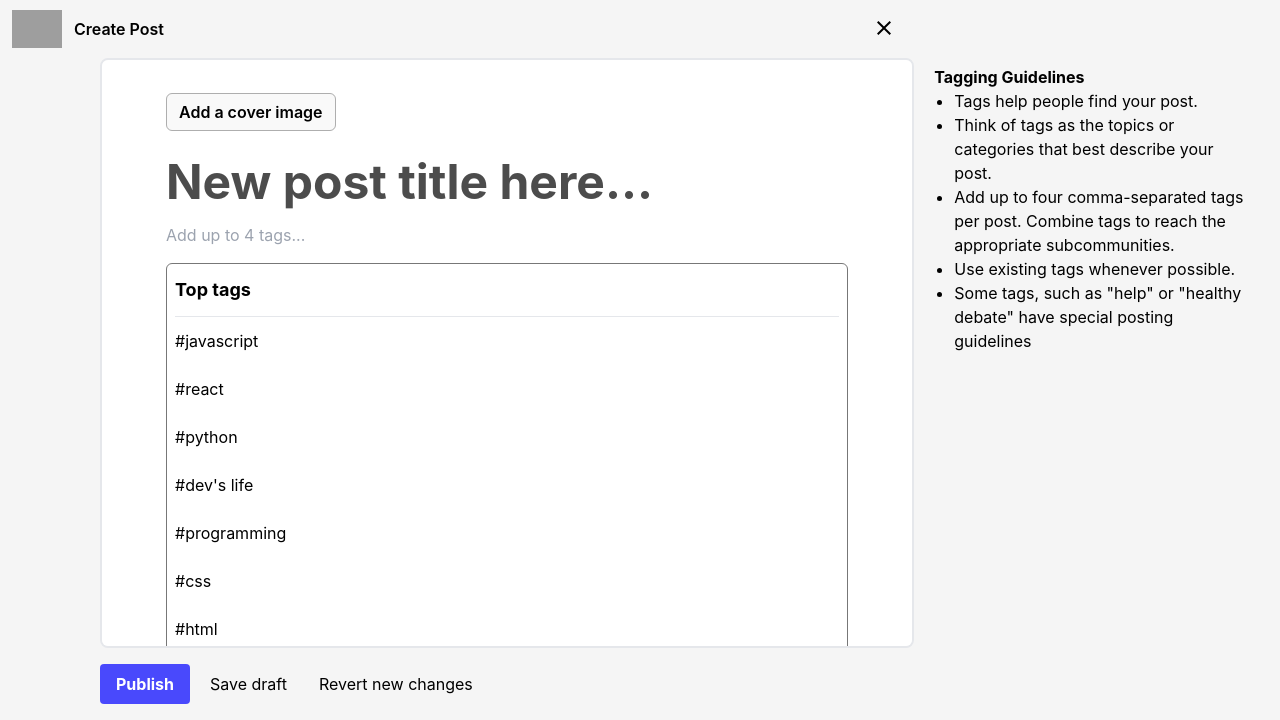
Repository: dat-nguyen-2001/Dev.to
Page: /new (app in client/)
An editor plug-in stored every save of this project. The page is shown before and after the next save, followed by the edit.
The browser window is 1280 px wide. The pictures show the whole page.
Pictures or frames that could not be fetched are drawn as grey boxes. An inner scrolling area shows only its first screen. The project was rebuilt for these pictures with package versions that can differ from the ones it lists, and the page was loaded fresh each time. Also part of the build but not shown: client/src/components/Footer.tsx, client/src/components/nav/GuestNav.tsx, client/src/components/nav/NavBar.tsx, client/src/components/Layout.tsx, client/src/pages/about.tsx, client/src/components/SignInForm.tsx, client/src/components/SignInPlatform.tsx, client/src/pages/enter.tsx and 1 more.

Above is the page before, as saved 2022-09-25 12:07:41.

### client/public/index.html
<!DOCTYPE html>
<html lang="en">
  <head>
    <meta charset="utf-8" />
    <link rel="icon" href="%PUBLIC_URL%/dev.to-icon.png" />
    <meta name="viewport" content="width=device-width, initial-scale=1" />
    <meta name="theme-color" content="#000000" />
    <meta
      name="description"
      content="Web site created using create-react-app"
    />
  </head>
  <body>
    <noscript>You need to enable JavaScript to run this app.</noscript>
    <div id="root"></div>
  </body>
</html>

### client/src/index.tsx
import React from 'react';
import ReactDOM from 'react-dom/client';
import './index.css';
import App from './App';
import reportWebVitals from './reportWebVitals';

const root = ReactDOM.createRoot(
  document.getElementById('root') as HTMLElement
);
root.render(
  <React.StrictMode>
      <App />
  </React.StrictMode>
);

// If you want to start measuring performance in your app, pass a function
// to log results (for example: reportWebVitals(console.log))
// or send to an analytics endpoint. Learn more: https://bit.ly/CRA-vitals
reportWebVitals();

### client/src/index.css
@tailwind base;
@tailwind components;
@tailwind utilities;

body {
  margin: 0;
  font-family: -apple-system, BlinkMacSystemFont, 'Segoe UI', 'Roboto', 'Oxygen',
    'Ubuntu', 'Cantarell', 'Fira Sans', 'Droid Sans', 'Helvetica Neue',
    sans-serif;
  -webkit-font-smoothing: antialiased;
  -moz-osx-font-smoothing: grayscale;
  background-color: #f5f5f5;
}

code {
  font-family: source-code-pro, Menlo, Monaco, Consolas, 'Courier New',
    monospace;
}


.space-between {
  justify-content: space-between;
}

.icon {
  @apply w-9 h-9 hover:text-[blue]/70 hover:bg-[#e2e3f3] text-center cursor-pointer rounded py-1
}

/* make words between a line */

.linedWord::before, .linedWord::after {
  content: "";
  flex: 1 1;
  border-bottom : 1px solid black;
  margin: auto
}

.linedWord::before {
  margin-right: 5px
}

.linedWord::after {
  margin-left: 5px
}

.registerInput {
  @apply h-[40px] border-[1px] rounded pl-1
}

### client/src/App.tsx
import {
  BrowserRouter as Router,
  Routes,
  Route,
} from 'react-router-dom';

import AboutPage from './pages/about';
import SignIn from './pages/enter';
import HomePage from './pages/home';
import New from './pages/new';

function App() {
  return (<Router>
    <Routes>
    <Route path='/' element={< HomePage />}></Route>
      <Route path='/about' element={< AboutPage />}></Route>
      <Route path='/enter' element={< SignIn />}></Route>
      <Route path='/new' element={< New />}></Route>
    </Routes>
  </Router>

  );
}

export default App;

### client/src/pages/new.tsx
import ClearIcon from '@mui/icons-material/Clear';
import FormatListNumberedIcon from '@mui/icons-material/FormatListNumbered';
import FormatListBulletedIcon from '@mui/icons-material/FormatListBulleted';
import FormatBoldIcon from '@mui/icons-material/FormatBold';
import FormatItalicIcon from '@mui/icons-material/FormatItalic';
import ImageIcon from '@mui/icons-material/Image';
import AttachmentIcon from '@mui/icons-material/Attachment';
import MoreVertIcon from '@mui/icons-material/MoreVert';
import FormatQuoteIcon from '@mui/icons-material/FormatQuote';
import CodeIcon from '@mui/icons-material/Code';
import BoltIcon from '@mui/icons-material/Bolt';
import { useEffect, useState } from 'react';

const New = () => {

    //Handle creating new article
    const createArticle = () => {
        console.log('created!')
    }

    //Preview image uploaded by user
    const [url, setUrl] = useState<string>('')
    const handlePreviewImage = (e: any) => {
        const file = e.target.files[0];
        const url = URL.createObjectURL(file);
        setUrl(url)
    }

    //Handle tags
    const tags = ["javascript", "react", "python", "dev's life", "programming", "css", "html", "typescript", "mongodb"]

    // Resize textarea when typing
    const textarea = document.querySelector('textarea');
    const handleResize = (e: any) => {
        const area = e.target;
        area.style.height = "auto";
        area.style.height = area.scrollHeight + "px";
    }
    if (textarea !== null) {
        textarea.addEventListener('input', handleResize)
    }


    return (
        <div className='md:grid grid-cols-4 bg-[#f5f5f5] lg:grid-cols-7 2xl:pl-[100px]'>
            <div className='flex flex-col content-center h-screen col-span-3 lg:col-span-5'>
                <div className='h-[8vh] flex items-center space-between px-3'>
                    <div className='flex items-center space-x-3'>
                        <a href='/' className='hidden md:inline'>
                            <img src="https://dev-to-uploads.s3.amazonaws.com/uploads/logos/resized_logo_UQww2soKuUsjaOGNB38o.png" width={50} className="cursor-pointer" />
                        </a>
                        <p className='font-semibold'>Create Post</p>
                    </div>
                    <div className='icon'>
                        <a href='/'>
                            <ClearIcon />
                        </a>
                    </div>
                </div>
                <div className='overflow-y-auto bg-white h-[82vh] border-[2px] rounded-lg flex flex-col py-3 md:py-10 px-2 md:px-16 space-y-5 lg:ml-[100px]'>
                    <form>
                        <input type="file" name='file' id='file' onChange={handlePreviewImage} className='w-0 h-0 opacity-0 overflow-hidden absolute z-[-1] ' />
                        <label htmlFor='file' className='bg-[#f9f9f9] font-semibold px-3 py-2 cursor-pointer rounded-md border-black/30 border-[1.5px]'>Add a cover image</label>
                    </form>

                    {/* preview image */}
                    {url !== "" &&
                        <div className='flex items-center space-x-10'>
                            <img src={url} width={200} />
                            <button className='text-lg px-3 py-1 text-[red] hover:bg-[#eeeeee] rounded-md' onClick={() => setUrl('')}>Remove</button>
                        </div>}

                    <form>
                        <input placeholder='New post title here...' className='text-3xl md:text-4xl lg:text-5xl w-full h-[130%] outline-none font-bold placeholder-black/70' />
                    </form>
                    <form className='relative'>
                        <input placeholder='Add up to 4 tags...' className='w-full outline-none' />
                        <div className='z-[100] absolute top-10 flex flex-col px-2 bg-white w-full border-[.1em] border-solid border-[#777] rounded-md max-h-[500px] overflow-y-auto'>
                            <h2 className='text-lg font-bold pt-3 pb-3'>Top tags</h2>
                            <hr></hr>
                            <ul className='flex flex-col space-y-0 cursor-pointer '>
                                {tags.map(tag => (
                                    <li key={tag} className='py-3 hover:text-[#3e45b2] hover:bg-[#f5f5f5]'>#{tag}</li>
                                ))}
                            </ul>
                        </div>
                    </form>
                    <div className='bg-[#f9f9f9] w-full'>
                        <div className='flex space-between py-4 px-2 '>
                            <div className='flex space-x-3'>
                                <div className='icon'>
                                    <FormatBoldIcon />
                                </div>
                                <div className='icon'>
                                    <FormatItalicIcon />
                                </div>
                                <div className='icon hidden sm:inline'>
                                    <AttachmentIcon />
                                </div>
                                <div className='icon'>
                                    <FormatListNumberedIcon />
                                </div>
                                <div className='icon'>
                                    <FormatListBulletedIcon />
                                </div>
                                <div className='icon hidden md:inline'>
                                    <FormatQuoteIcon />
                                </div>
                                <div className='icon hidden md:inline'>
                                    <CodeIcon />
                                </div>
                                <div className='icon hidden md:inline'>
                                    <BoltIcon />
                                </div>
                                <div className='icon'>
                                    <ImageIcon />
                                </div>
                            </div>
                            <div className='icon'>
                                <MoreVertIcon />
                            </div>
                        </div>

                    </div>
                    <div className='w-full'>
                        <textarea placeholder='Write your post content here...' className='outline-none text-lg w-full' />
                    </div>
                </div>
                <div className='h-[10vh] flex items-center px-3 space-x-2 lg:ml-[100px] lg:px-0'>
                    <button className='px-4 py-2 rounded bg-[blue]/70 hover:bg-[blue] text-white font-bold text-base' onClick={createArticle}>Publish</button>
                    <button className='px-3 py-2 rounded hover:text-[blue]/70 hover:bg-[#e2e3f3]'>Save draft</button>
                    <button className='hidden sm:inline px-3 py-2 rounded hover:text-[blue]/70 hover:bg-[#e2e3f3] text-md'>Revert new changes</button>
                </div>
            </div>

            <div className='hidden md:inline col-span-1 lg:col-span-2 h-[82vh] my-auto px-2 lg:px-5 md:mr-4'>
                <h1 className='font-bold'>Tagging Guidelines</h1>
                <ul className='text-[14px] lg:text-base list-disc pl-5 '>
                    <li>Tags help people find your post.</li>
                    <li>Think of tags as the topics or categories that best describe your post.</li>
                    <li>Add up to four comma-separated tags per post. Combine tags to reach the appropriate subcommunities.</li>
                    <li>Use existing tags whenever possible.</li>
                    <li>Some tags, such as "help" or "healthy debate" have special posting guidelines</li>
                </ul>
            </div>

        </div>
    )
}

export default New

Loaded but not shown: client/src/reportWebVitals.ts (common file); client/tailwind.config.js (common file)

After the next save:
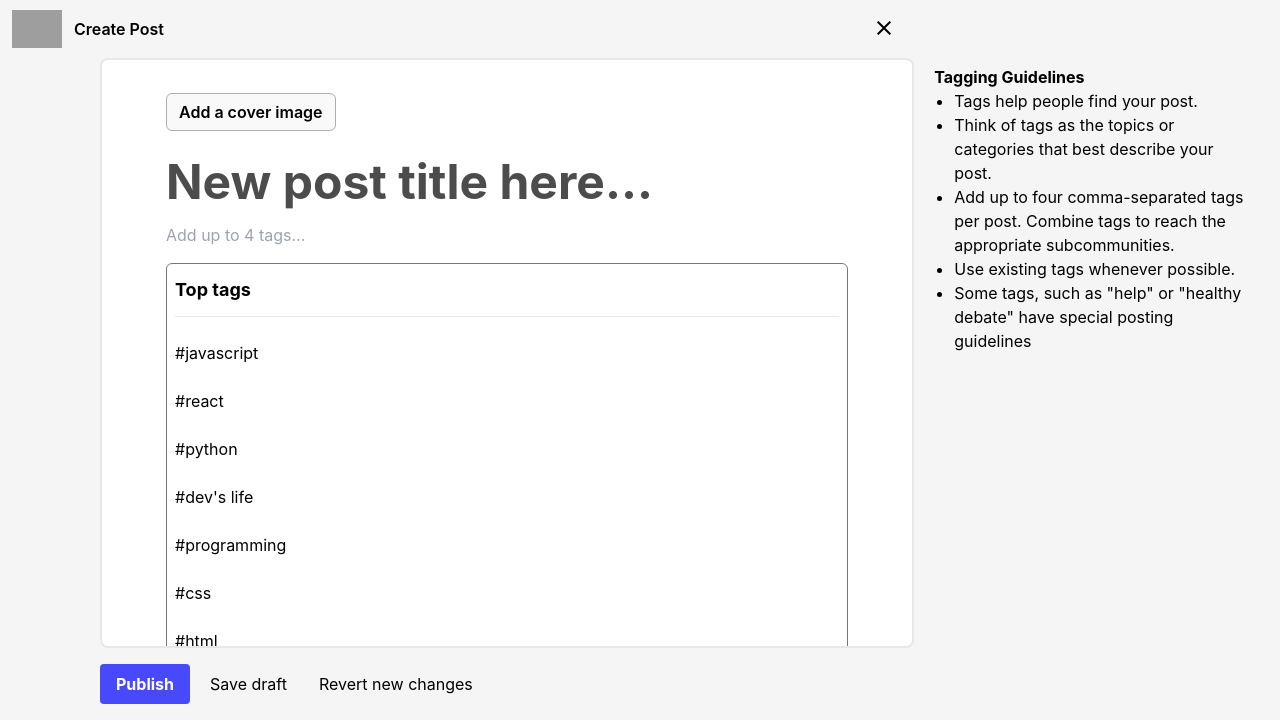
Saved 14 s later.
--- a/client/src/pages/new.tsx
+++ b/client/src/pages/new.tsx
@@ -78,7 +78,7 @@ const New = () => {
                         <div className='z-[100] absolute top-10 flex flex-col px-2 bg-white w-full border-[.1em] border-solid border-[#777] rounded-md max-h-[500px] overflow-y-auto'>
                             <h2 className='text-lg font-bold pt-3 pb-3'>Top tags</h2>
                             <hr></hr>
-                            <ul className='flex flex-col space-y-0 cursor-pointer '>
+                            <ul className='flex flex-col space-y-0 cursor-pointer pt-3'>
                                 {tags.map(tag => (
                                     <li key={tag} className='py-3 hover:text-[#3e45b2] hover:bg-[#f5f5f5]'>#{tag}</li>
                                 ))}
